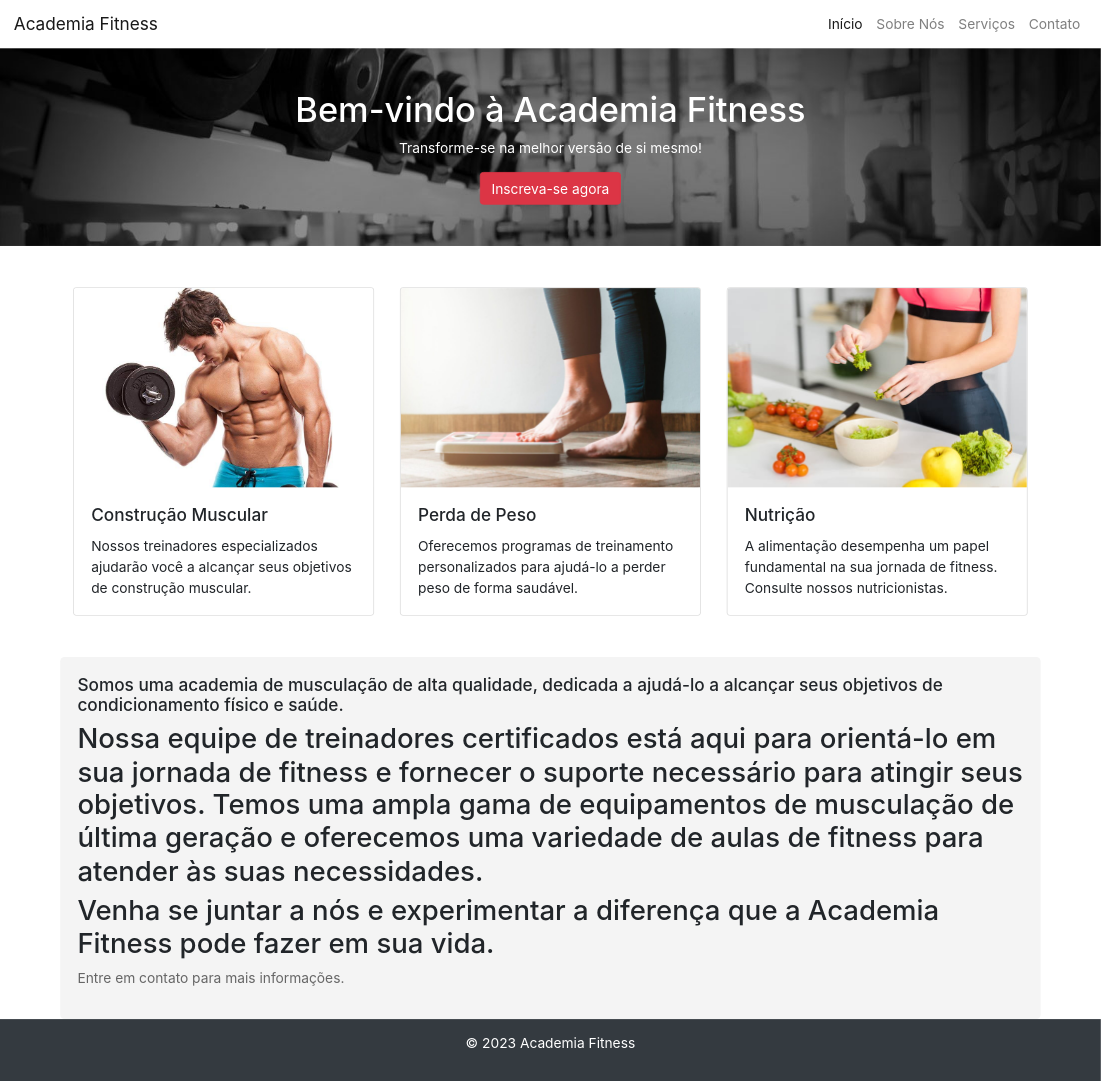
Repository: 01nethy/pratica14
Page: index.html
These files come from the project's save history. The page is drawn as it stood at one moment and after the next save; the edit follows.
The browser window is 1280 px wide. The pictures show the whole page, at 86% of full size.

Above is the page before, as saved 2023-09-08 00:10:42.

After the next save:
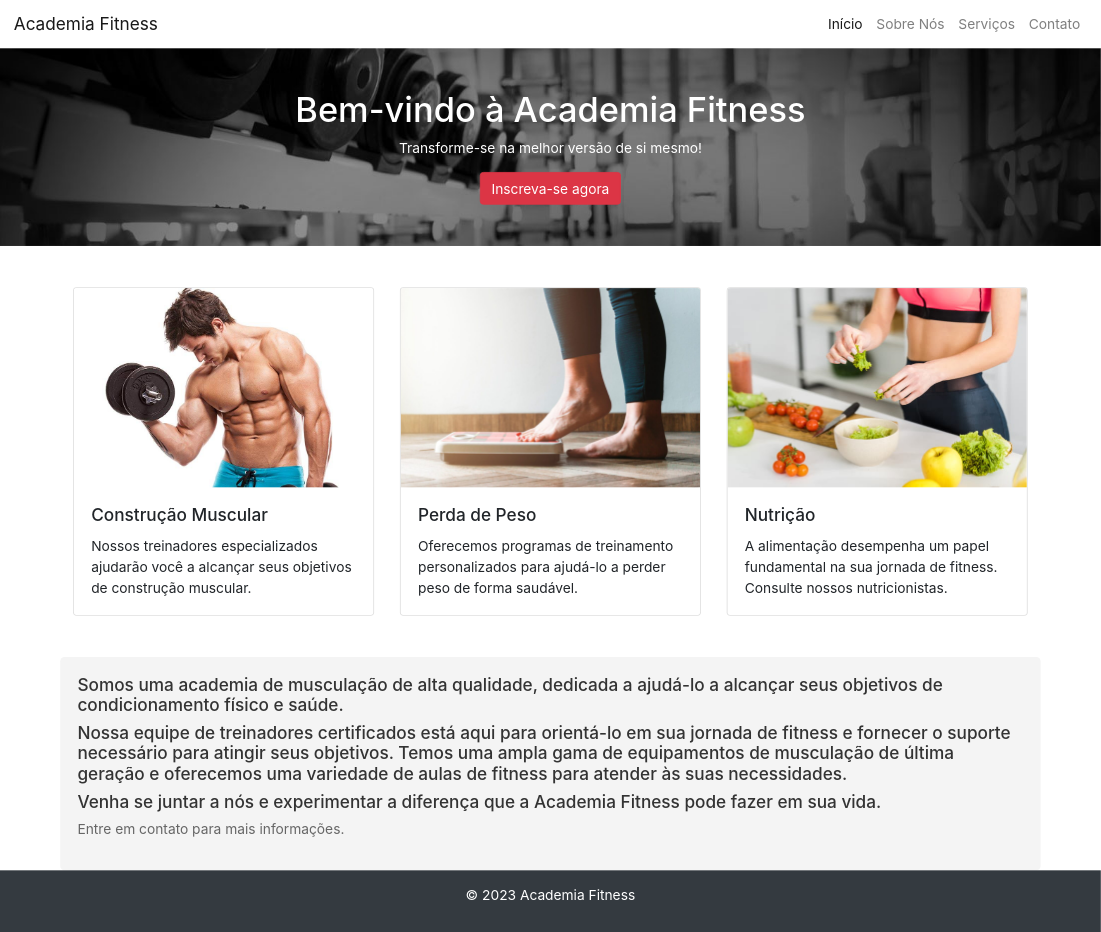
Saved 35 s later.
--- a/index.html
+++ b/index.html
@@ -74,9 +74,9 @@
 </section>
 
 <div class="container mt-5 info">
-    <h5>Somos uma academia de musculação de alta qualidade, dedicada a ajudá-lo a alcançar seus objetivos de condicionamento físico e saúde.</h5>
-    <h2>Nossa equipe de treinadores certificados está aqui para orientá-lo em sua jornada de fitness e fornecer o suporte necessário para atingir seus objetivos. Temos uma ampla gama de equipamentos de musculação de última geração e oferecemos uma variedade de aulas de fitness para atender às suas necessidades.</h2>
-    <h2>Venha se juntar a nós e experimentar a diferença que a Academia Fitness pode fazer em sua vida.</h2>
+    <h6>Somos uma academia de musculação de alta qualidade, dedicada a ajudá-lo a alcançar seus objetivos de condicionamento físico e saúde.</h6>
+    <h6>Nossa equipe de treinadores certificados está aqui para orientá-lo em sua jornada de fitness e fornecer o suporte necessário para atingir seus objetivos. Temos uma ampla gama de equipamentos de musculação de última geração e oferecemos uma variedade de aulas de fitness para atender às suas necessidades.</h6>
+    <h6>Venha se juntar a nós e experimentar a diferença que a Academia Fitness pode fazer em sua vida.</h6>
     <p>Entre em contato para mais informações.</p>
 </div>
 
